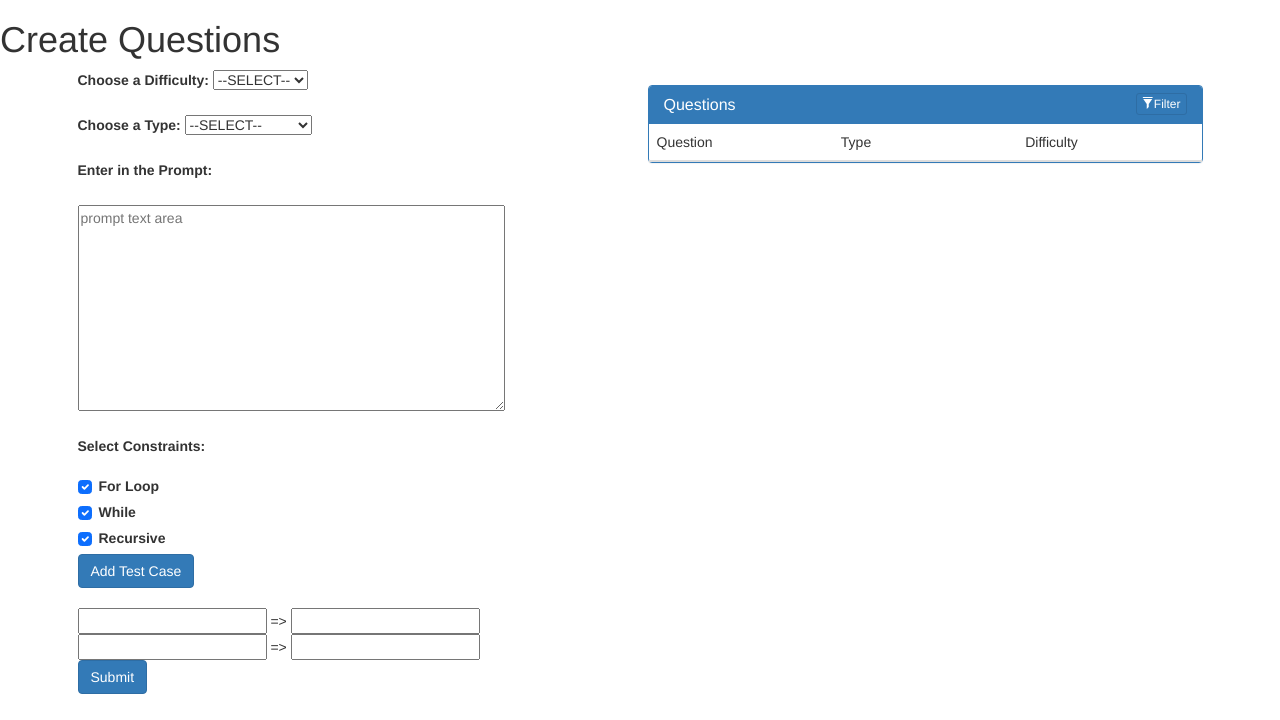
Repository: kavine24/CS490-Python-LMS
Page: html/portal/t/CreateQuestion.html
The author's editor kept a copy of each file at every save. The page is drawn from the files as they stood at one save, then again after the next save.
The browser window is 1280 px wide. The pictures show the whole page.
The page's requests for data from a server got no answer. Some web libraries are served in a nearby version.

Above is the page before, as saved 2022-04-04 18:20:23.

### html/portal/t/CreateQuestion.html
<!DOCTYPE html>
<html>
  <head>
    <title>Create Questions</title>
    <!--<link rel="stylesheet" href="style.css">-->

    <link href="https://cdn.jsdelivr.net/npm/bootstrap@5.1.3/dist/css/bootstrap.min.css" rel="stylesheet" integrity="sha384-1BmE4kWBq78iYhFldvKuhfTAU6auU8tT94WrHftjDbrCEXSU1oBoqyl2QvZ6jIW3" crossorigin="anonymous">
    <link href="//netdna.bootstrapcdn.com/bootstrap/3.1.0/css/bootstrap.min.css" rel="stylesheet" id="bootstrap-css">
    <script src="//code.jquery.com/jquery-1.11.1.min.js"></script>
    <script src="//netdna.bootstrapcdn.com/bootstrap/3.1.0/js/bootstrap.min.js"></script>
  </head>

  <style>
    .filterable {
    margin-top: 15px;
    }
    .filterable .panel-heading .pull-right {
        margin-top: -20px;
    }
    .filterable .filters input[disabled] {
        background-color: transparent;
        border: none;
        cursor: auto;
        box-shadow: none;
        padding: 0;
        height: auto;
    }
    .filterable .filters input[disabled]::-webkit-input-placeholder {
        color: #333;
    }
    .filterable .filters input[disabled]::-moz-placeholder {
        color: #333;
    }
    .filterable .filters input[disabled]:-ms-input-placeholder {
        color: #333;
    }
  </style>

  <body>
    <h1>Create Questions</h1>
    <div class="container">
      <div class="row justify-content-around">
        <div class="col-6">
          <form id="createQuestionForm" onsubmit="submitQuestion()">
            <label for="questionDifficulty">Choose a Difficulty:</label>
            <select name="questionDifficulty" id="questionDifficulty">
              <option disabled selected value>--SELECT--</option>
              <option value="easy">Easy</option>
              <option value="medium">Medium</option>
              <option value="hard">Hard</option>
            </select>

            <br><br>

            <label for="questionType">Choose a Type:</label>
            <select name="questionType" id="questionType">
              <option disabled selected value>--SELECT--</option>
              <option value="forLoop">For Loop</option>
              <option value="whileLoop">While Loop</option>
              <option value="nestedForLoop">Nested For Loop</option>
            </select>

            <br><br>

            <label for="prompt">Enter in the Prompt:</label>
            <br><br>
            <textarea id="prompt" name="prompt" rows="10" cols="50" placeholder="prompt text area"></textarea>
            <br><br>

            <strong for="constraints">Select Constraints:</strong>
            <br><br>

            <!-- <label for="prompt">Enter in the Answer:</label>
            <br><br>
            <textarea id="answer" name="answer" rows="10" cols="50" placeholder="answer text area"></textarea>
            <br><br> -->

            <div class="form-check">
              <input class="form-check-input" type="checkbox" id="check1" name="option1" value="something" checked>
              <label class="form-check-label">For Loop</label>
            </div>

            <div class="form-check">
              <input class="form-check-input" type="checkbox" id="check2" name="option1" value="something" checked>
              <label class="form-check-label">While</label>
            </div>

            <div class="form-check">
              <input class="form-check-input" type="checkbox" id="check3" name="option1" value="something" checked>
              <label class="form-check-label">Recursive</label>
            </div>

            <button class="btn btn-primary" type="button" onclick="addTestCase()">Add Test Case</button>
            <br><br>

            <input class="btn btn-primary" id="submit" type="submit" placeholder="Submit" class="submit"></input>
          </form>
        </div>

        <div class="col-6">
          <div class="panel panel-primary filterable">
            <div class="panel-heading">
              <h3 class="panel-title">Questions</h3>
                <div class="pull-right">
                  <button class="btn btn-primary btn-xs btn-filter"><span class="glyphicon glyphicon-filter"></span>Filter</button>
                </div>
            </div>

            <table class="table">
              <thead>
                <tr class="filters">
                  <th><input type="text" class="form-control" placeholder="Question" disabled></th>
                  <th><input type="text" class="form-control" placeholder="Type" disabled></th>
                  <th><input type="text" class="form-control" placeholder="Difficulty" disabled></th>
                </tr>
              </thead>

              <tbody id="tableBody">
              </tbody>
            </table>
          </div>
        </div>
      </div>
    </div>

    <script>
      $(document).ready(function(){
        $('.filterable .btn-filter').click(function(){
          var $panel = $(this).parents('.filterable'),
          $filters = $panel.find('.filters input'),
          $tbody = $panel.find('.table tbody');
          if ($filters.prop('disabled') == true) {
            $filters.prop('disabled', false);
            $filters.first().focus();
          } else {
            $filters.val('').prop('disabled', true);
            $tbody.find('.no-result').remove();
            $tbody.find('tr').show();
          }
        });

        $('.filterable .filters input').keyup(function(e){
          /* Ignore tab key */
          var code = e.keyCode || e.which;
          if (code == '9') return;
          /* Useful DOM data and selectors */
          var $input = $(this),
          inputContent = $input.val().toLowerCase(),
          $panel = $input.parents('.filterable'),
          column = $panel.find('.filters th').index($input.parents('th')),
          $table = $panel.find('.table'),
          $rows = $table.find('tbody tr');
          /* Dirtiest filter function ever ;) */
          var $filteredRows = $rows.filter(function(){
            var value = $(this).find('td').eq(column).text().toLowerCase();
            return value.indexOf(inputContent) === -1;
          });
          /* Clean previous no-result if exist */
          $table.find('tbody .no-result').remove();
          /* Show all rows, hide filtered ones (never do that outside of a demo ! xD) */
          $rows.show();
          $filteredRows.hide();
          /* Prepend no-result row if all rows are filtered */
          if ($filteredRows.length === $rows.length) {
            $table.find('tbody').prepend($('<tr class="no-result text-center"><td colspan="'+ $table.find('.filters th').length +'">No result found</td></tr>'));
          }
        });
      });

      // add all necacarry event listeners
      //submit listener
      const form = document.getElementById("createQuestionForm");
      function handleForm(event) { event.preventDefault(); }
      form.addEventListener('submit', handleForm);

      let attemptMade = false;

      const inputs = [];
      const questions = [];

      addTestCase();
      addTestCase();
      updateQuestionTable();

      function addTestCase(){
        const testCase = document.createElement("input");
        const result = document.createElement("input");

        inputs.push({testCase,result});

        document.getElementById("createQuestionForm").insertBefore(testCase, document.getElementById("submit"));
        document.getElementById("createQuestionForm").insertBefore(document.createTextNode(" => "), document.getElementById("submit"));
        document.getElementById("createQuestionForm").insertBefore(result, document.getElementById("submit"));
        document.getElementById("createQuestionForm").insertBefore(document.createElement("br"), document.getElementById("submit"));
      }

      function submitQuestion(){
        var difficulty = document.getElementById('questionDifficulty').value;
        var questionType = document.getElementById('questionType').value;
        var prompt = document.getElementById('prompt').value;

        // var answer = document.getElementById('answer').value;

        var inputvals = [];
        var outputvals = [];
        for(let i = 0; i < inputs.length; i++){
          inputvals.push(inputs[i].testCase.value);
          outputvals.push(inputs[i].result.value);
        }

        var anyinputempty = false;

        for(let i = 0; i < inputs.length; i++){
          anyinputempty = inputs[i].testCase.value == "" || inputs[i].result.value == ""? true : anyinputempty
        }

        var requestType = 'CreateQuestionFTM';

        if(difficulty == "" || questionType == "" || prompt == "" || anyinputempty){
          if (!attemptMade) {
            const newDiv = document.createElement("div");
            const newContent = document.createTextNode("Cannot Submit: 1 or more fields invalid");
            newDiv.appendChild(newContent);

            document.getElementById("createQuestionForm").appendChild(document.createElement("br"));
            document.getElementById("createQuestionForm").appendChild(newDiv);
            attemptMade = true;
          }
          else{
              document.getElementById("createQuestionForm").lastChild.innerHTML = "Cannot Submit: 1 or more fields invalid";
          }
        }else{

          const data = {difficulty, questionType, prompt, inputvals, outputvals, requestType};

          const options = {
            method:'POST',
            headers: {
                "Content-type": "application/json; charset=UTF-8"
            },
            body: JSON.stringify(data)
          };
          fetch('http://cs490testcenter.ddns.net:50000/portal/frontBrowser.php', options)
          .then(response => response.json())
          .then(data => {
            if(data.didWork == 1){
              location.assign('http://cs490testcenter.ddns.net:50000/portal/t/CreateQuestion.html');
            }else{
              if (!attemptMade) {
              const newDiv = document.createElement("div");
              const newContent = document.createTextNode("Question already exists");
              newDiv.appendChild(newContent);

              document.getElementById("createQuestionForm").appendChild(document.createElement("br"));
              document.getElementById("createQuestionForm").appendChild(newDiv);
              attemptMade = true;
              }
              else{
                document.getElementById("createQuestionForm").lastChild.innerHTML = "Question already exists";
              }
            }
          })
          .catch((error) => {
            console.error('Error:', error);
          });
        }
      }
      function updateQuestionTable(){
        let requestType = "DisplayQuestionsFTM"
        const data = {requestType};

        const options = {
          method:'POST',
          headers: {
              "Content-type": "application/json; charset=UTF-8"
          },
          body: JSON.stringify(data)
        };
        fetch('http://cs490testcenter.ddns.net:50000/portal/frontBrowser.php', options)
        .then(response => response.json())
        .then(data => {
          console.log(data);
          for(let i = 0; i < data.length; i++){
            const tr = document.createElement("tr");

            const questionText = document.createElement("td")
            const typeText = document.createElement("td")
            const difficultyText = document.createElement("td")

            questionText.innerHTML = data[i].question;
            typeText.innerHTML = (data[i].type == 1 ? "For Loop, " : (data[i].type == 2 ? "While Loop, " :"Nested For Loop, "));
            difficultyText.innerHTML = (data[i].difficulty == 1? "Easy<br>" : (data[i].difficulty == 2? "Medium<br>" :"Hard<br>"))

            tr.appendChild(questionText);
            tr.appendChild(typeText);
            tr.appendChild(difficultyText);

            questions.push(tr);

            document.getElementById("tableBody").appendChild(tr);
          }
        })
        .catch((error) => {
          console.error('Error:', error);
        });
      }
    </script>
  </body>
</html>

After the next save:
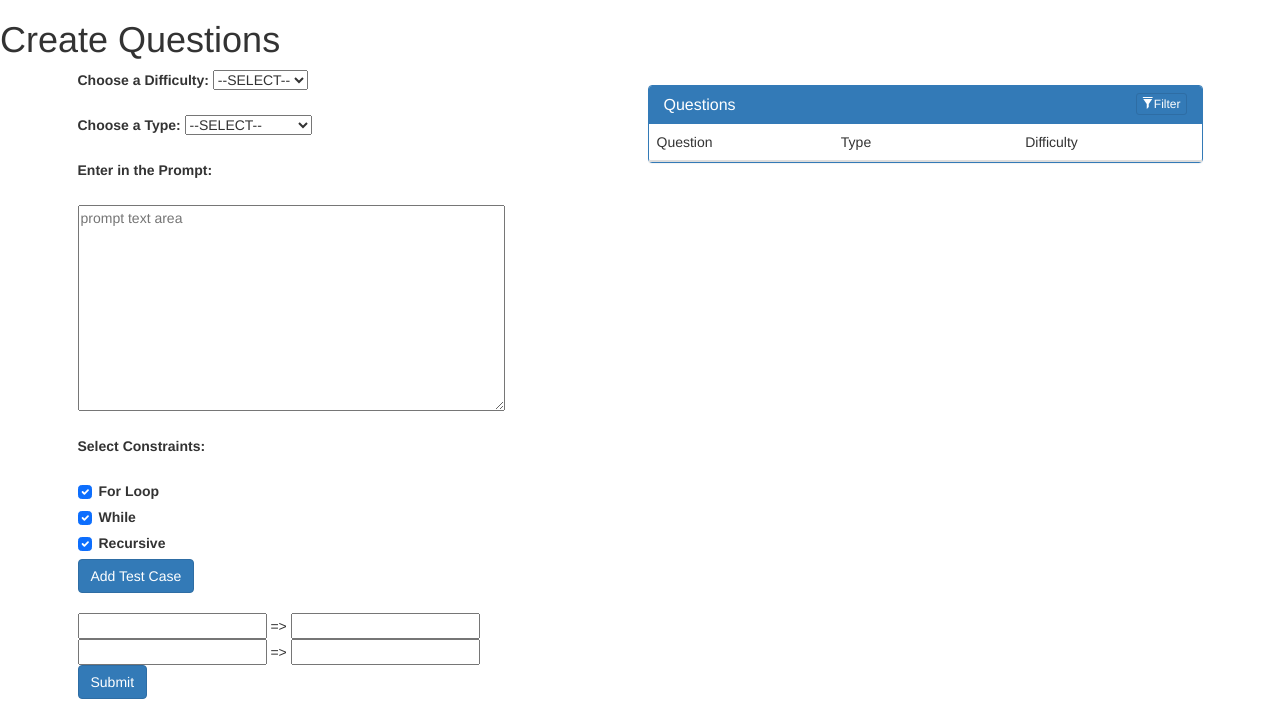
Saved 15 s later.
--- a/html/portal/t/CreateQuestion.html
+++ b/html/portal/t/CreateQuestion.html
@@ -67,7 +67,7 @@
             <textarea id="prompt" name="prompt" rows="10" cols="50" placeholder="prompt text area"></textarea>
             <br><br>
 
-            <strong for="constraints">Select Constraints:</strong>
+            <label for="constraints">Select Constraints:</label>
             <br><br>
 
             <!-- <label for="prompt">Enter in the Answer:</label>
